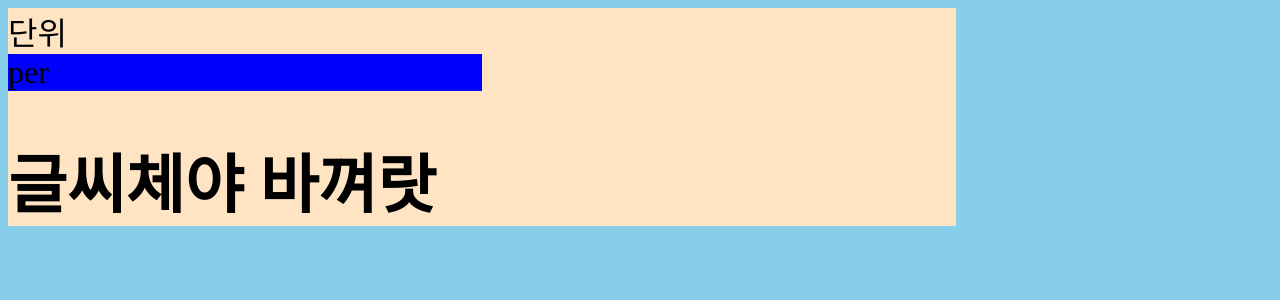
Repository: csw820116/likelion-class
Page: iterate/자습/first.html
The author's editor kept a record of every edit. The page is drawn from the files as they stood at one moment, then again after the next edit.
The browser window is 1280 px wide. The pictures show the whole page.
Some web fonts or font styles are not loaded; a fallback is used.

Above is the page before.

After the next edit:
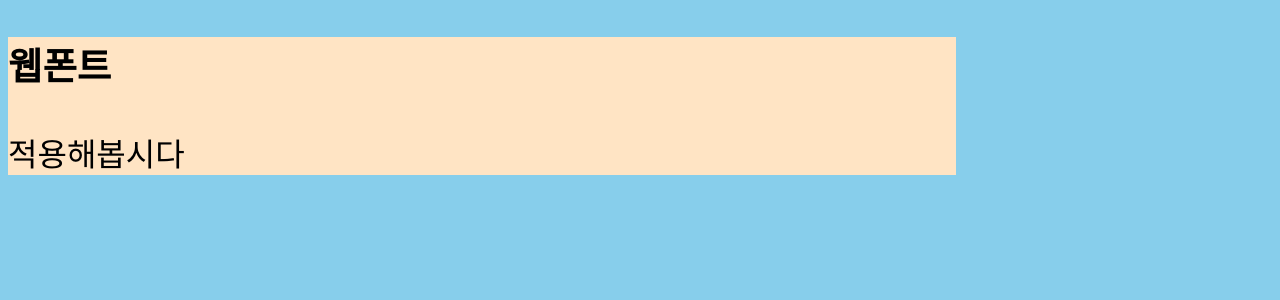
The edit:
--- a/iterate/자습/first.html
+++ b/iterate/자습/first.html
@@ -12,13 +12,9 @@
     <title>테이블 태크</title>
 </head>
 <body>
-    <div id = "main"> 단위
-        <div id = "per"> per </div>
-
-
-   <h1>글씨체야 바껴랏</h1>
-
-
+    <div id = "main">
+            <h3>웹폰트</h3>
+            <p>적용해봅시다</p>
 
 
 
